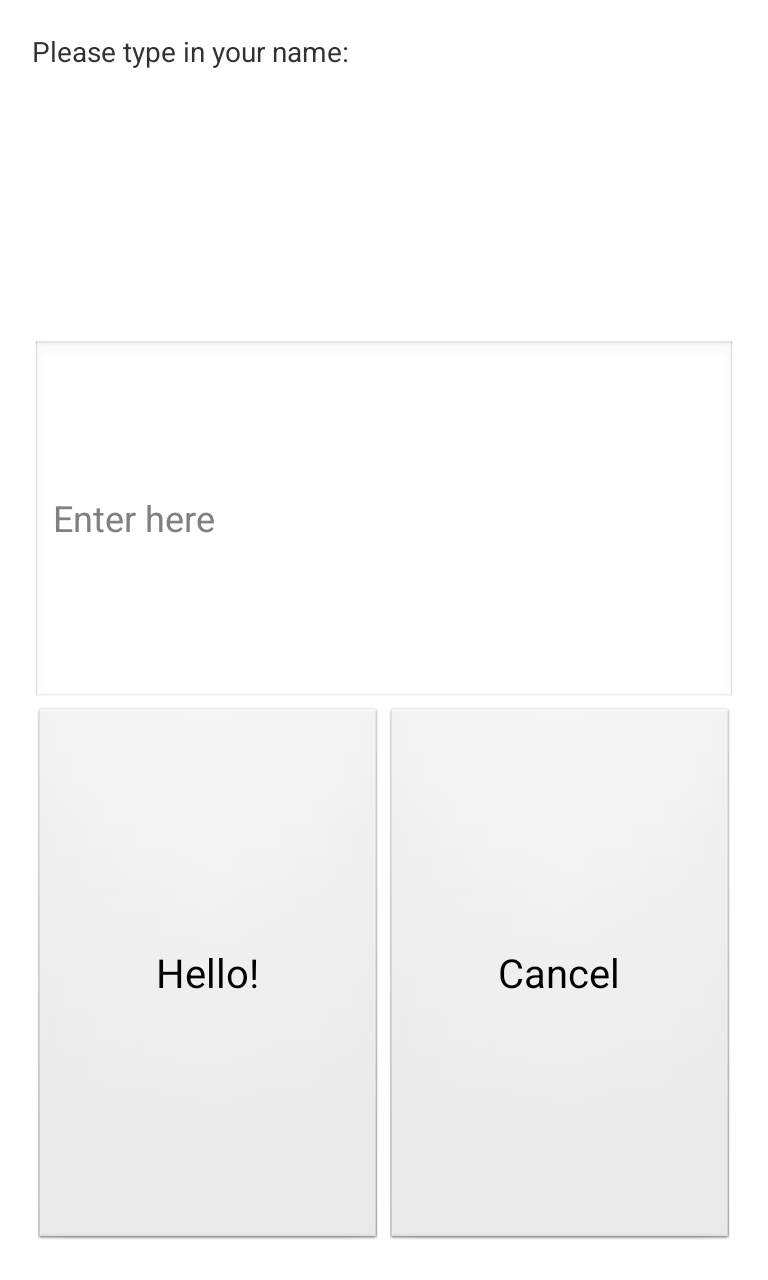
Repository: echolomaniac/HelloWorld
Layout: HelloWorld/res/layout/fragment_main.xml
These files come from the project's save history. The layout is drawn as it stood at one moment and after the next save; the edit follows.
It is drawn on a 768 x 1280 px phone screen (xhdpi) without system bars, with theme android:Theme.Light.NoTitleBar; the app's code is not run.

Above is the layout before, as saved 2014-05-06 06:54:15.

### HelloWorld/res/layout/fragment_main.xml
<RelativeLayout xmlns:android="http://schemas.android.com/apk/res/android"
    xmlns:tools="http://schemas.android.com/tools"
    android:layout_width="match_parent"
    android:layout_height="match_parent"
    android:paddingBottom="@dimen/activity_vertical_margin"
    android:paddingLeft="@dimen/activity_horizontal_margin"
    android:paddingRight="@dimen/activity_horizontal_margin"
    android:paddingTop="@dimen/activity_vertical_margin"
    tools:context="com.example.helloworld.MainActivity$PlaceholderFragment" >

    <LinearLayout
        android:id="@+id/linearLayout1"
        android:layout_width="fill_parent"
        android:layout_height="fill_parent"
        android:layout_alignParentLeft="true"
        android:orientation="vertical" >

        <TextView
            android:id="@+id/textView1"
            android:layout_width="wrap_content"
            android:layout_height="wrap_content"
            android:layout_weight="0.25"
            android:text="@string/enter_name" />

        <EditText
            android:id="@+id/nameEditText"
            android:layout_width="match_parent"
            android:layout_height="wrap_content"
            android:layout_weight="0.25"
            android:ems="10"
            android:hint="@string/hint_enter_name" />

        <LinearLayout
            android:layout_width="fill_parent"
            android:layout_height="0dp"
            android:layout_weight="0.5" >

            <Button
                android:id="@+id/button1"
                android:layout_width="0dp"
                android:layout_weight="0.5"
                android:layout_height="match_parent"
                android:text="@string/hello_button"
                android:textSize="20sp"
                android:onClick="onHelloPressed"/>

            <Button
                android:id="@+id/button2"
                android:layout_width="0dp"
                android:layout_weight = "0.5"
                android:layout_height="match_parent"
                android:text="@string/button_cancel"
                android:textSize="20sp" />

        </LinearLayout>

    </LinearLayout>

</RelativeLayout>

### HelloWorld/res/values/strings.xml
<?xml version="1.0" encoding="utf-8"?>
<resources>

    <string name="app_name">HelloWorld</string>
    <string name="hello_world">Hello world!</string>
    <string name="action_settings">Settings</string>
    <string name="enter_name">Please type in your name:</string>
    <string name="hello_button">Hello!</string>
    <string name="hint_enter_name">Enter here</string>
    <string name="button_cancel">Cancel</string>
    <string name="field_Hello">Hello!</string>
    <string name="button_exit">Exit</string>

</resources>

Loaded but not shown: HelloWorld/res/values/dimens.xml (common file); HelloWorld/res/values-w820dp/dimens.xml (common file)

After the next save:
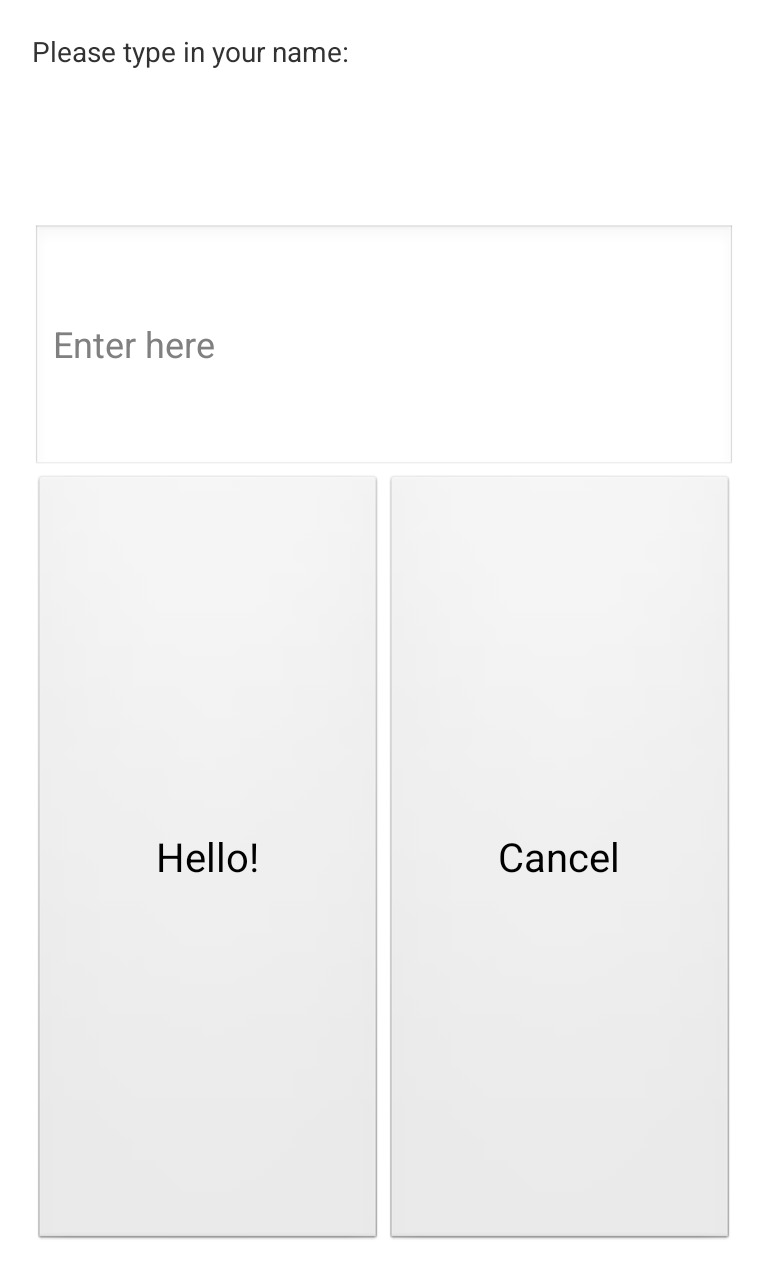
Saved 33 s later.
--- a/HelloWorld/res/layout/fragment_main.xml
+++ b/HelloWorld/res/layout/fragment_main.xml
@@ -19,14 +19,14 @@
             android:id="@+id/textView1"
             android:layout_width="wrap_content"
             android:layout_height="wrap_content"
-            android:layout_weight="0.25"
+            android:layout_weight="0.1"
             android:text="@string/enter_name" />
 
         <EditText
             android:id="@+id/nameEditText"
             android:layout_width="match_parent"
             android:layout_height="wrap_content"
-            android:layout_weight="0.25"
+            android:layout_weight="0.1"
             android:ems="10"
             android:hint="@string/hint_enter_name" />
 
